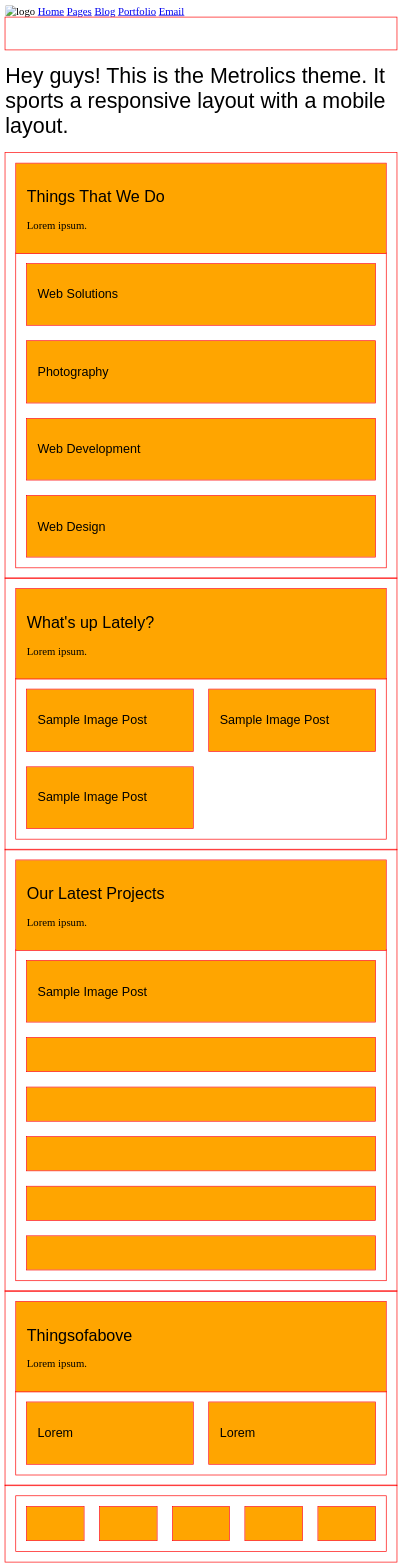
Repository: pjiang604/mdia2003-lab03b
Page: index.html
These files come from the project's save history. The page is drawn as it stood at one moment and after the next save; the edit follows.
The browser window is 600 px wide. The pictures show the whole page, at 67% of full size.

Above is the page before, as saved 2023-01-24 00:20:37.

### index.html
<!DOCTYPE html>
<html lang="en">

<head>
    <meta charset="UTF-8">
    <meta http-equiv="X-UA-Compatible" content="IE=edge">
    <meta name="viewport" content="width=device-width, initial-scale=1.0">
    <title>Document</title>
    <link rel="stylesheet" href="style.css">
    <link rel="preconnect" href="https://fonts.google.com/specimen/Ubuntu?query=ubuntu">
</head>

<body>
    <nav>
        <img src="" alt="logo" class="logo">
        <a href="/">Home</a>
        <a href="/">Pages</a>
        <a href="/">Blog</a>
        <a href="/">Portfolio</a>
        <a href="/">Email</a>
    </nav>
    <div class="carousel">

    </div>
    <h1>Hey guys! This is the Metrolics theme. It sports a responsive layout with a mobile layout.</h1>
    <div class="topRow">
        <div class="col">
            <h2>Things That We Do</h2>
            <p>Lorem ipsum.</p>
        </div>
        <div class="row m-col-2 l-col-2">
            <div class="col">
                <h3>Web Solutions</h3>
            </div>
            <div class="col">
                <h3>Photography</h3>
            </div>
            <div class="col">
                <h3>Web Development</h3>
            </div>
            <div class="col">
                <h3>Web Design</h3>
            </div>
        </div>
    </div>
    <div class="secondRow">
        <div class="col">
            <h2>What's up Lately?</h2>
            <p>Lorem ipsum.</p>
        </div>
        <div class="row m-col-3 l-col-3">
            <div class="col">
                <h3>Sample Image Post</h3>
            </div>
            <div class="col">
                <h3>Sample Image Post</h3>
            </div>
            <div class="col">
                <h3>Sample Image Post</h3>
            </div>
        </div>
    </div>
    <div class="thirdRow">
        <div class="col">
            <h2>Our Latest Projects</h2>
            <p>Lorem ipsum.</p>
        </div>
        <div class="row m-col-4 l-col-4">
            <div class="col">
                <h3>Sample Image Post</h3>
            </div>
            <div class="col">
                <img src="" alt="">
            </div>
            <div class="col">
                <img src="" alt="">
            </div>
            <div class="col">
                <img src="" alt="">
            </div>
            <div class="col">
                <img src="" alt="">
            </div>
            <div class="col">
                <img src="" alt="">
            </div>
        </div>
    </div>
    <div class="fourthRow">
        <div class="col">
            <h2>Thingsofabove</h2>
            <p>Lorem ipsum.</p>
        </div>
        <div class="row m-col-5 l-col-5">
            <div class="col">
                <h3>Lorem</h3>
            </div>
            <div class="col">
                <h3>Lorem</h3>
            </div>
        </div>
    </div>
    <div class="companies">
        <div class="row m-col-6 l-col-6">
            <div class="col">
                <img src="" alt="">
            </div>
            <div class="col">
                <img src="" alt="">
            </div>
            <div class="col">
                <img src="" alt="">
            </div>
            <div class="col">
                <img src="" alt="">
            </div>
            <div class="col">
                <img src="" alt="">
            </div>
        </div>
    </div>
    <footer>

    </footer>
</body>

</html>

### style.css
div {
    outline: 1px solid red;
    min-height: 1rem;
    padding: 1rem;
}

h1,
h2,
h3,
h4,
h5,
h6 {
    font-family: Ubuntu, sans-serif;
    font-weight:300;
}

.row {
    display:grid;
    row-gap: 1rem;
}

.col {
    position:relative;
    background-color: orange;
}


/** small/mobile version */
@media screen and (max-width:39.9375em) {
    .m-col-2 {
        grid-template-columns: 1fr 1fr;
    }

}

/** medium and up. applicable for both tablet and mobile version */
@media screen and (max-width:40em) {
    .row {
        max-width: 70em;
        column-gap: 1.5rem;
        row-gap: 1.5rem;
        margin: 0 auto;
    }

    .m-col-2 {
        grid-template-columns: 4fr;
    }

    .m-col-3 {
        grid-template-columns: repeat(2, 3fr);
    }

    .m-col-5 {
        grid-template-columns: 1fr 1fr;
    }

    .m-col-6 {
        grid-template-columns: repeat(5, 1fr);
    }
}

/** medium only */
@media screen and (min-width:40em) and (max-width:63.9375em) {

}

/** large only */
@media screen and (min-width:64em) {
    .l-col-2 {
        grid-template-columns: repeat(4, 1fr);
    }

    .l-col-3 {
        grid-template-columns: repeat(3, 1fr);
    }

    .l-col-4 {
        grid-template-columns: repeat(2, 4fr);
    }

    .l-col-5 {
        grid-template-columns: repeat(2, 1fr);
    }

    .l-col-6 {
        grid-template-columns: repeat(5, 1fr);
    }
}

After the next save:
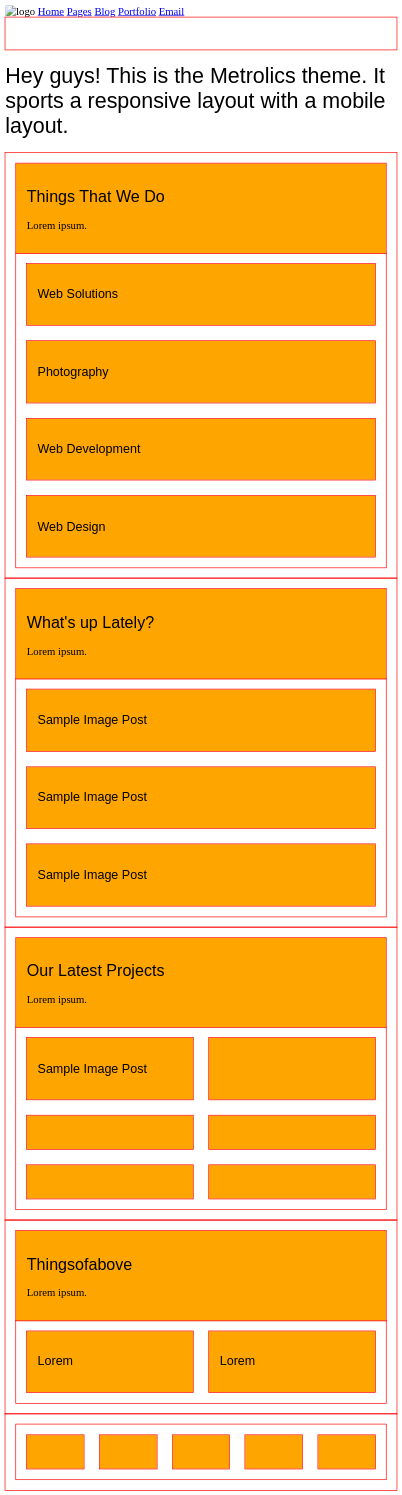
Saved 10 s later.
--- a/style.css
+++ b/style.css
@@ -46,7 +46,7 @@ h6 {
         grid-template-columns: 4fr;
     }
 
-    .m-col-3 {
+    .m-col-4 {
         grid-template-columns: repeat(2, 3fr);
     }
 
